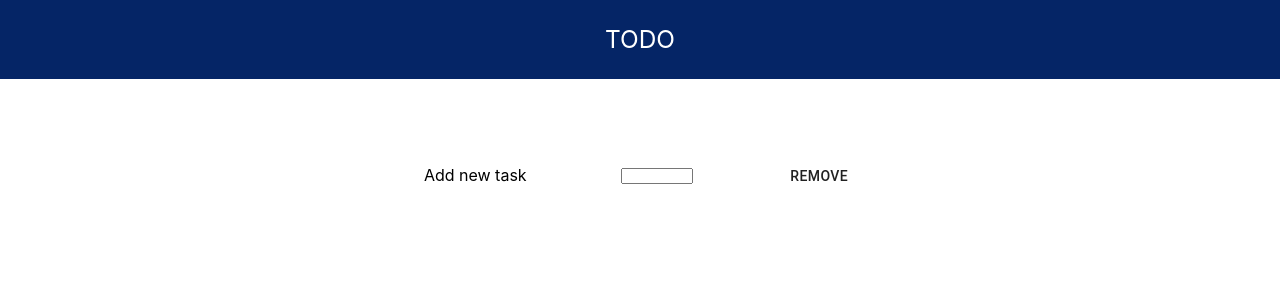
Repository: Shams97/Todo-app
Page: /
An editor plug-in stored every save of this project. The page is shown before and after the next save, followed by the edit.
The browser window is 1280 px wide. The pictures show the whole page.
The project was rebuilt for these pictures with package versions that can differ from the ones it lists, and the page was loaded fresh each time.

Above is the page before, as saved 2021-06-26 20:36:22.

After the next save:
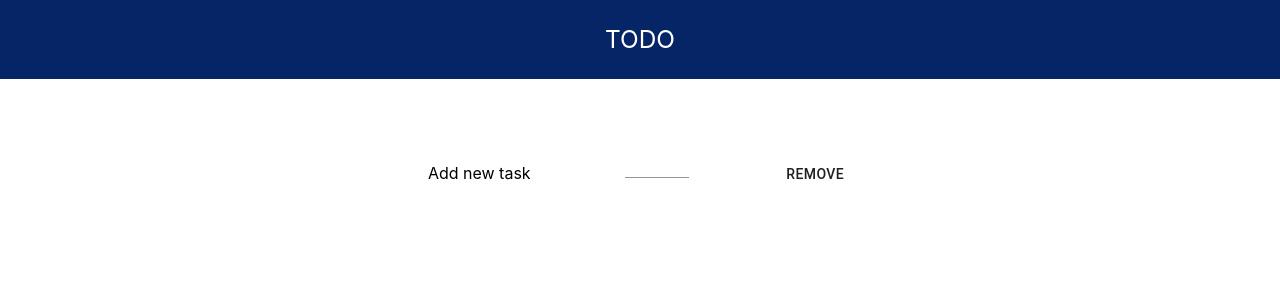
Saved 2 min 12 s later.
--- a/src/App.js
+++ b/src/App.js
@@ -1,5 +1,5 @@
 import './App.css';
-import { Button } from '@material-ui/core';
+import { Button,Input } from '@material-ui/core';
 
 function App() {
   return (
@@ -8,7 +8,7 @@ function App() {
             <p> TODO </p>
       </header>
         <div className="container">
-          <label>Add new task </label> <input className="task_input"/>
+          <label>Add new task </label> <Input className="task_input"/>
           <Button>remove</Button>
         </div>
     </div>
